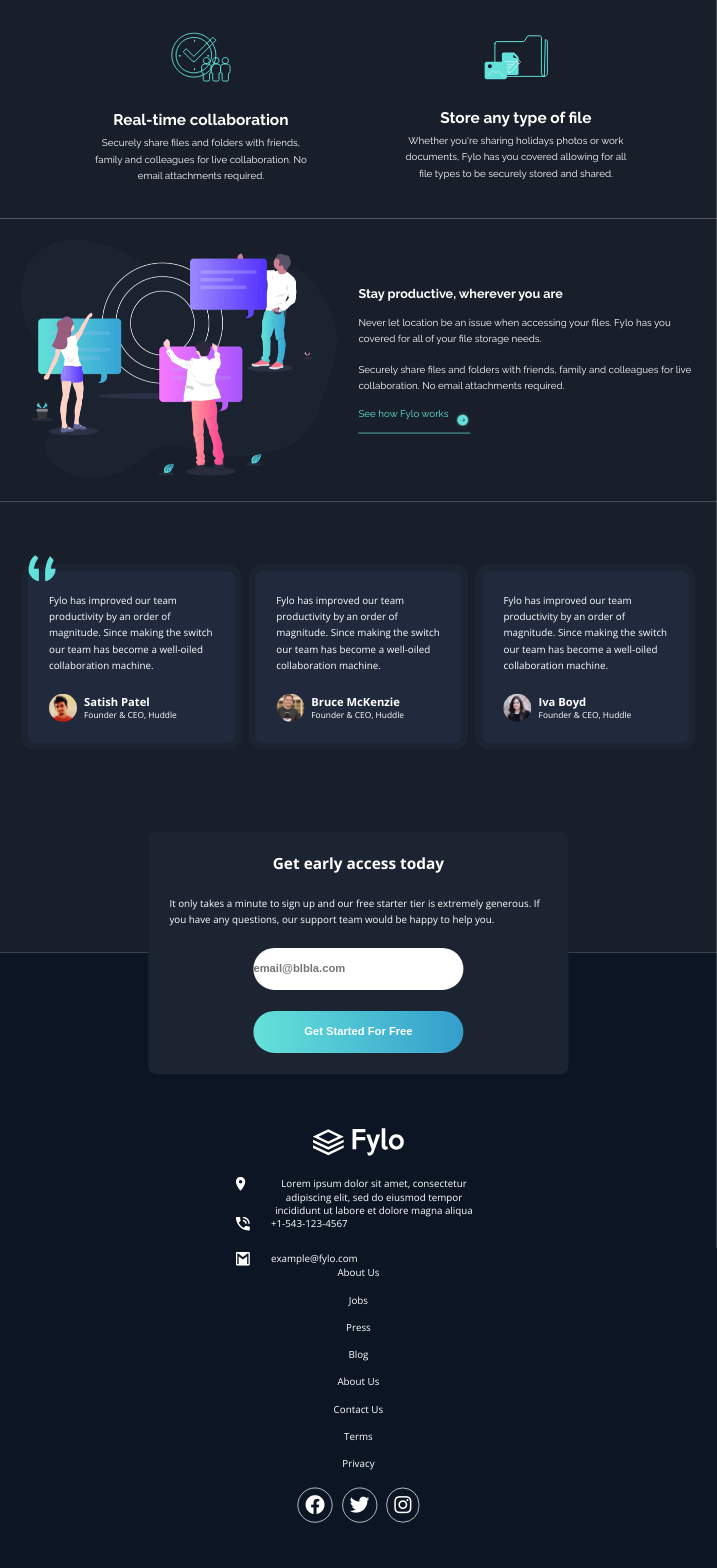
Repository: tomas938/fylo-dark-theme-landing-page-master
Page: index.html
The author's editor kept a copy of each file at every save. The page is drawn from the files as they stood at one save, then again after the next save.
The browser window is 1024 px wide. The pictures show the part of the page from y = 1123 to 3363 px (the page is 3363 px tall before and 3129 px after), at 70% of full size.
Some web libraries are served in a nearby version. The style sheet was rebuilt from its Sass, Less or Tailwind sources for each picture, by a compiler version that may differ from the author's.

Above is the page before, as saved 2021-08-05 19:59:02.

After the next save:
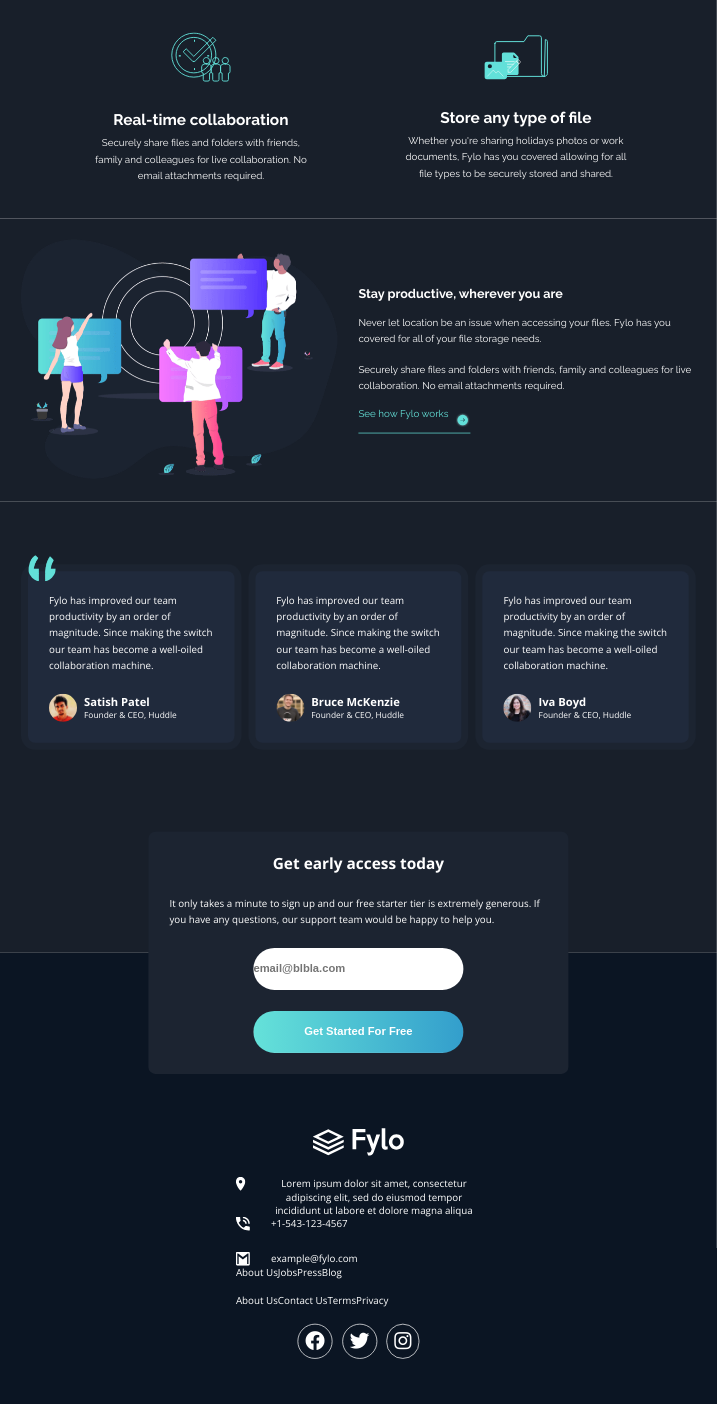
Saved 6 s later.
--- a/scss/_partials/_footer.scss
+++ b/scss/_partials/_footer.scss
@@ -107,8 +107,7 @@
 		display: flex;
 		flex-direction: column;
 		@media only screen and (max-width: 1100px) {
-			flex-direction: column !important;
-			text-align: center;
+			flex-direction: row;
 		}
 	}
 }

After the save that followed:
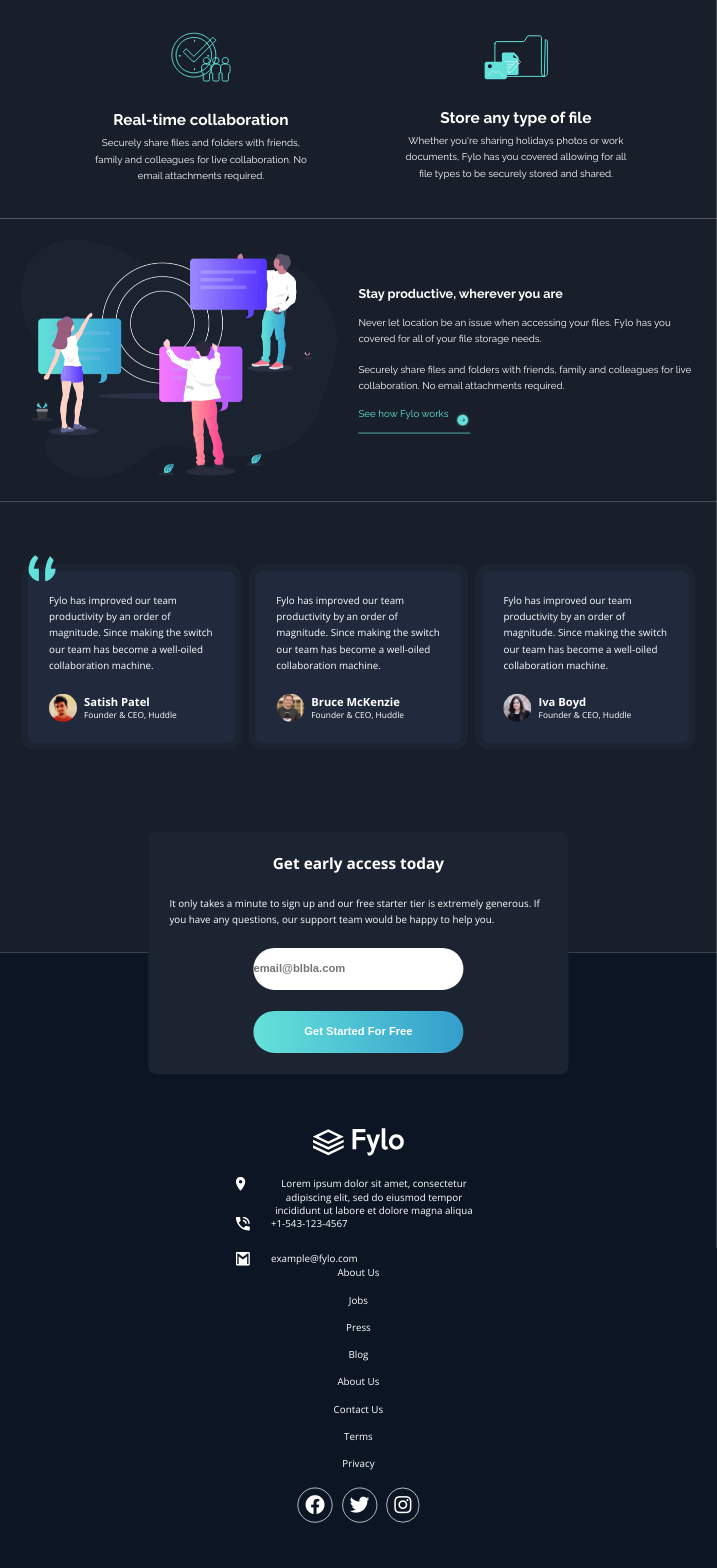
Saved 8 s later.
--- a/scss/_partials/_footer.scss
+++ b/scss/_partials/_footer.scss
@@ -106,9 +106,6 @@
 	.left-links {
 		display: flex;
 		flex-direction: column;
-		@media only screen and (max-width: 1100px) {
-			flex-direction: row;
-		}
 	}
 }
 .logo {
